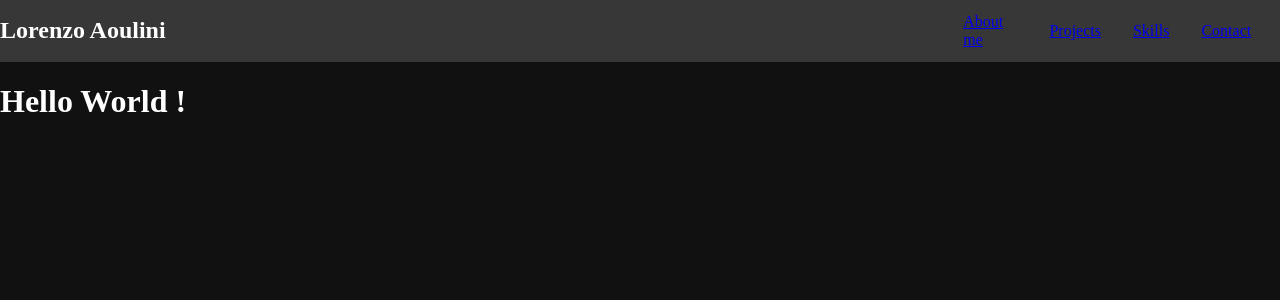
Repository: lolo298/lolo298.github.io
Page: index.html
An editor plug-in stored every save of this project. The page is shown before and after the next save, followed by the edit.
The browser window is 1280 px wide. The pictures show the whole page.

Above is the page before, as saved 2022-05-09 17:27:36.

### index.html
<!DOCTYPE html>
<html lang="en">

<head>
    <meta charset="UTF-8">
    <meta http-equiv="X-UA-Compatible" content="IE=edge">
    <meta name="viewport" content="width=device-width, initial-scale=1.0">
    <link rel="stylesheet" href="css/style.css">
    <title>Portfolio</title>
</head>

<body>
    <div class="main-container">
        <nav class="main-navbar">
            <h1>Lorenzo Aoulini</h1>
            <div class="main-navbar-list">
                <a class="main-navbar-item" href="#">About me</a>
                <a class="main-navbar-item" href="#">Projects</a>
                <a class="main-navbar-item" href="#">Skills</a>
                <a class="main-navbar-item" href="#">Contact</a>
            </div>
        </nav>
        <h1>Hello World !</h1>

    </div>

</body>

</html>

### css/style.css
html {
    background-color: #111111;
}

body {
    padding: 0;
    margin: 0;
    width: 100vw;
    height: 100vh;
}

.main-container {
    color: white;
    height: 100%;
    width: 100%;
}

.main-navbar {
    background-color: #373737;
    height: 5%;
    width: 100%;
    display: flex;
    justify-content: space-between;
    align-items: center;
    padding: 1% 0% 1% 0%;
}

.main-navbar>* {
    margin: 0;
}

.main-navbar-list {
    width: 25%;
    display: flex;
    flex-direction: row;
    align-items: center;
    list-style: none;
    margin-right: 1%;
    height: 100%;
}

.main-navbar-item {
    height: 100%;
    padding: 0% 5% 0% 5%;
    display: flex;
    justify-content: center;
    align-items: center;
}

.main-navbar-item>a {
    vertical-align: middle;
    text-decoration: none;
    color: white;
    width: max-content;
    height: 100%;
}

.main-navbar-item:hover {
    background-color: #6A6A6A;
}

After the next save:
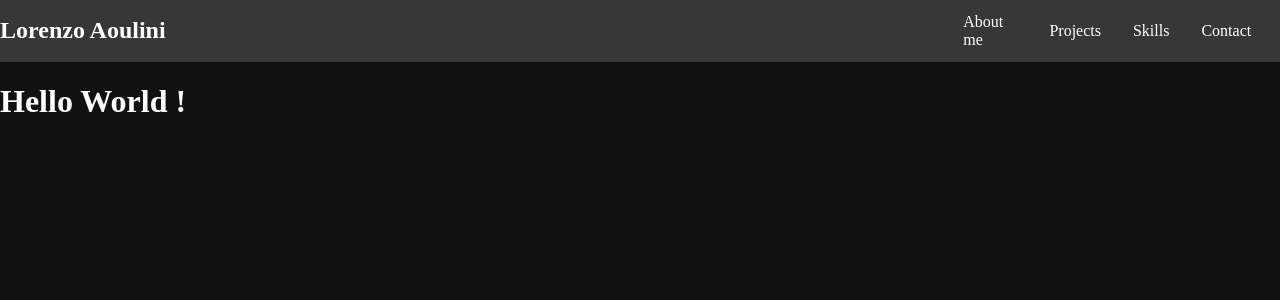
Saved 21 s later.
--- a/css/style.css
+++ b/css/style.css
@@ -47,7 +47,7 @@ body {
     align-items: center;
 }
 
-.main-navbar-item>a {
+.main-navbar-item {
     vertical-align: middle;
     text-decoration: none;
     color: white;
